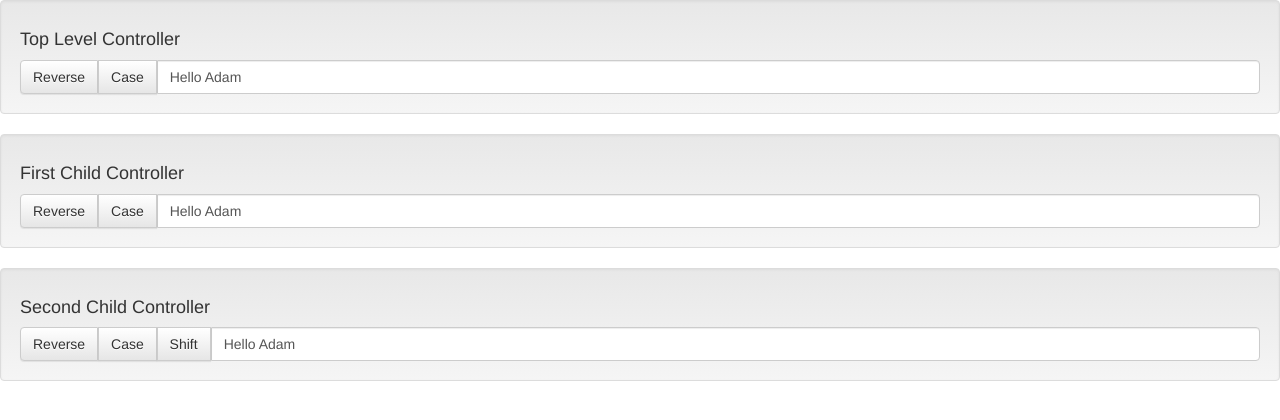
Repository: chisun-joung/workplace
Page: angularJS/WebContent/Chap13_Controller/P383_ParentController.html
The author's editor kept a copy of each file at every save. The page is drawn from the files as they stood at one save, then again after the next save.
The browser window is 1280 px wide. The pictures show the whole page.
Some web libraries are served in a nearby version.

Above is the page before, as saved 2016-11-29 01:32:00.

### angularJS/WebContent/Chap13_Controller/P383_ParentController.html
<!DOCTYPE html>
<html ng-app="exampleApp">
<head>
	<title>Controllers</title>
	<link href="bootstrap.css" rel="stylesheet" />
	<link href="bootstrap-theme.css" rel="stylesheet" />
	<script src="https://ajax.googleapis.com/ajax/libs/angularjs/1.2.9/angular.js"></script>
	<script type="text/javascript">
		var app = angular.module('exampleApp',[]);
		app.controller('topLevelCtrl', ['$scope', function ($scope) {
			$scope.dataValue = 'Hello Adam';

			$scope.reverse = function(){
				$scope.dataValue = $scope.dataValue.split('').reverse().join('');
			}

			$scope.caseFn = function(){
				var result = [];
				angular.forEach($scope.dataValue.split('', function(data, index){
					if(index % 2 == 0 ) {
						result.push(data.toUpperCase());
					} else {
						result.push(data.toLowerCase());
					}
				}))
				$scope.dataValue = result.join();
			}
		}])
		app.controller('firstChildCtrl', ['$scope', function ($scope) {

		}])
		app.controller('secondChildCtrl', ['$scope', function ($scope) {

		}])
	</script>
</head>
<body ng-controller="topLevelCtrl">

	<div class="well">
		<h4>Top Level Controller</h4>
		<div class="input-group">
			<span class="input-group-btn">
				<button class="btn btn-default" type="button" ng-click="reverse()">Reverse</button>
				<button class="btn btn-default" type="button" ng-click="caseFn()">Case</button>
			</span>
			<input class="form-control" ng-model="dataValue">
		</div>
	</div>

	<div class="well" ng-controller="firstChildCtrl">
		<h4>First Child Controller</h4>
		<div class="input-group">
			<span class="input-group-btn">
				<button class="btn btn-default" type="button" ng-click="reverse()">Reverse</button>
				<button class="btn btn-default" type="button" ng-click="caseFn()">Case</button>
			</span>
			<input class="form-control" ng-model="dataValue">
		</div>
	</div>

	<div class="well" ng-controller="secondChildCtrl">
		<h4>Second Child Controller</h4>
		<div class="input-group">
			<span class="input-group-btn">
				<button class="btn btn-default" type="button" ng-click="reverse()">Reverse</button>
				<button class="btn btn-default" type="button" ng-click="caseFn()">Case</button>
				<button class="btn btn-default" type="button">Shift</button>
			</span>
			<input class="form-control" ng-model="dataValue">
		</div>
	</div>
</body>
</html>

Loaded but not shown: angularJS/WebContent/Chap13_Controller/bootstrap.css (library); angularJS/WebContent/Chap13_Controller/bootstrap-theme.css (library)

After the next save:
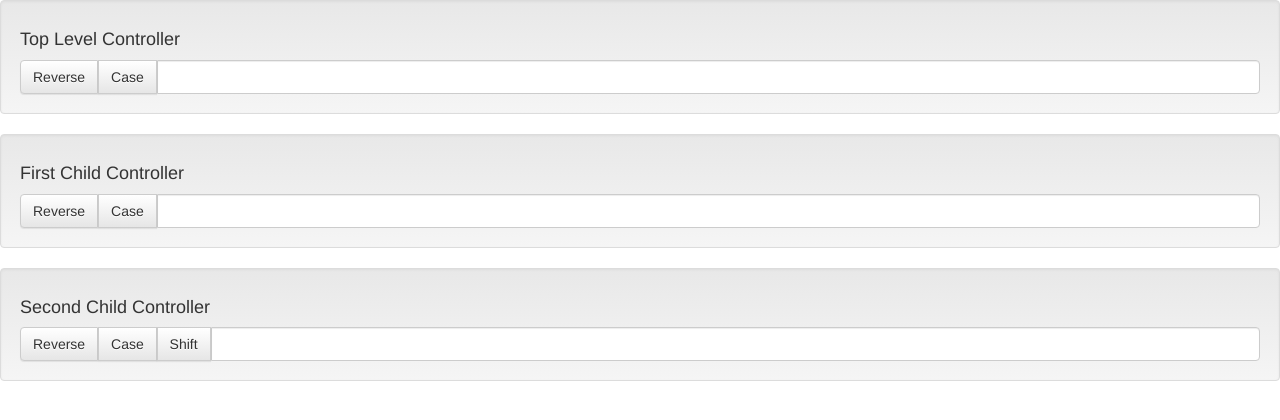
Console error: SyntaxError: Unexpected token ')'
Saved 83 s later.
--- a/angularJS/WebContent/Chap13_Controller/P383_ParentController.html
+++ b/angularJS/WebContent/Chap13_Controller/P383_ParentController.html
@@ -16,7 +16,7 @@
 
 			$scope.caseFn = function(){
 				var result = [];
-				angular.forEach($scope.dataValue.split('', function(data, index){
+				angular.forEach($scope.dataValue.split(''), function(data, index){
 					if(index % 2 == 0 ) {
 						result.push(data.toUpperCase());
 					} else {

After the save that followed:
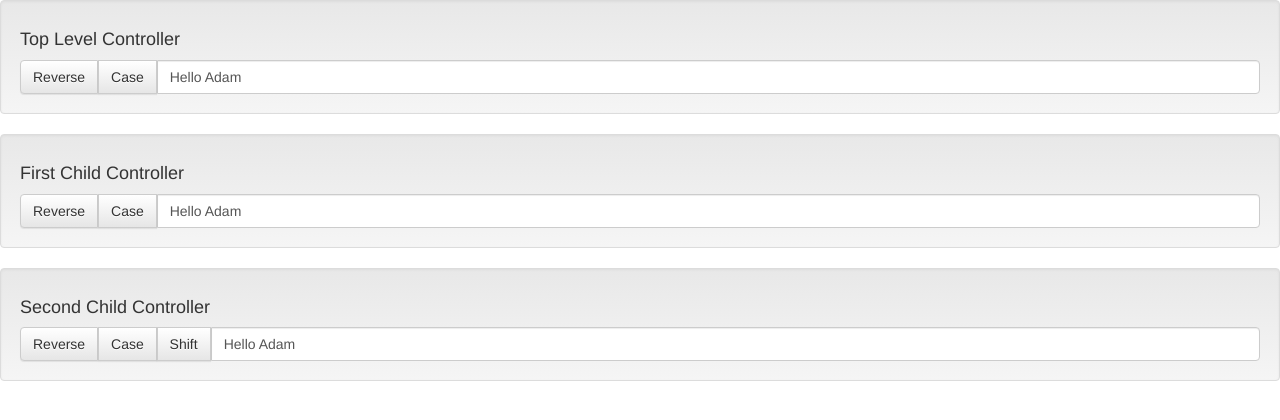
The error is gone.
Saved 29 s later.
--- a/angularJS/WebContent/Chap13_Controller/P383_ParentController.html
+++ b/angularJS/WebContent/Chap13_Controller/P383_ParentController.html
@@ -22,7 +22,7 @@
 					} else {
 						result.push(data.toLowerCase());
 					}
-				}))
+				})
 				$scope.dataValue = result.join();
 			}
 		}])
